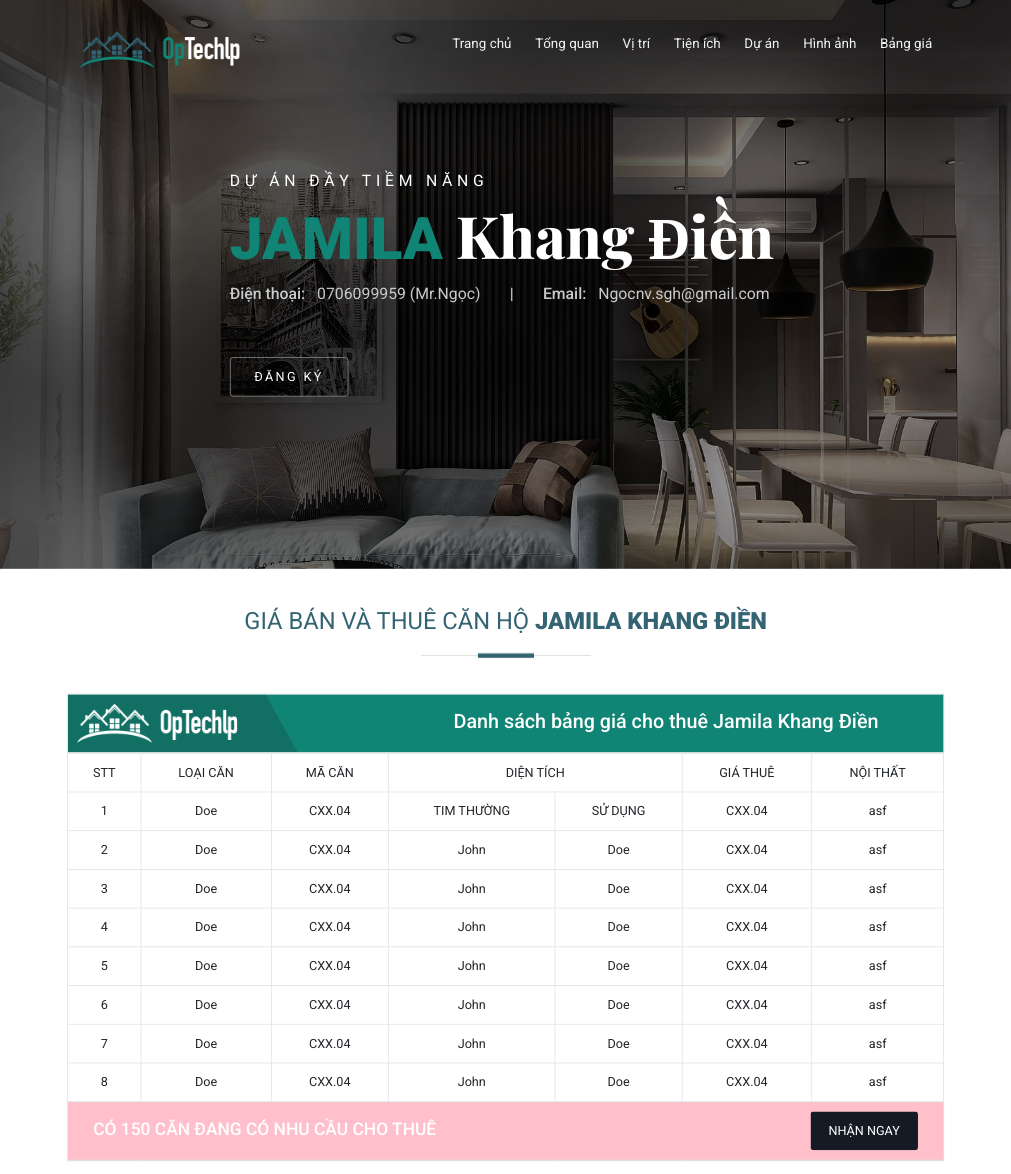
Repository: phunobi1807/Myweb
Page: index.html
These files come from the project's save history. The page is drawn as it stood at one moment and after the next save; the edit follows.
The browser window is 1280 px wide. The pictures show the whole page, at 79% of full size.
Some web fonts or font styles are not loaded; a fallback is used.

Above is the page before, as saved 2021-05-14 14:38:47.

After the next save:
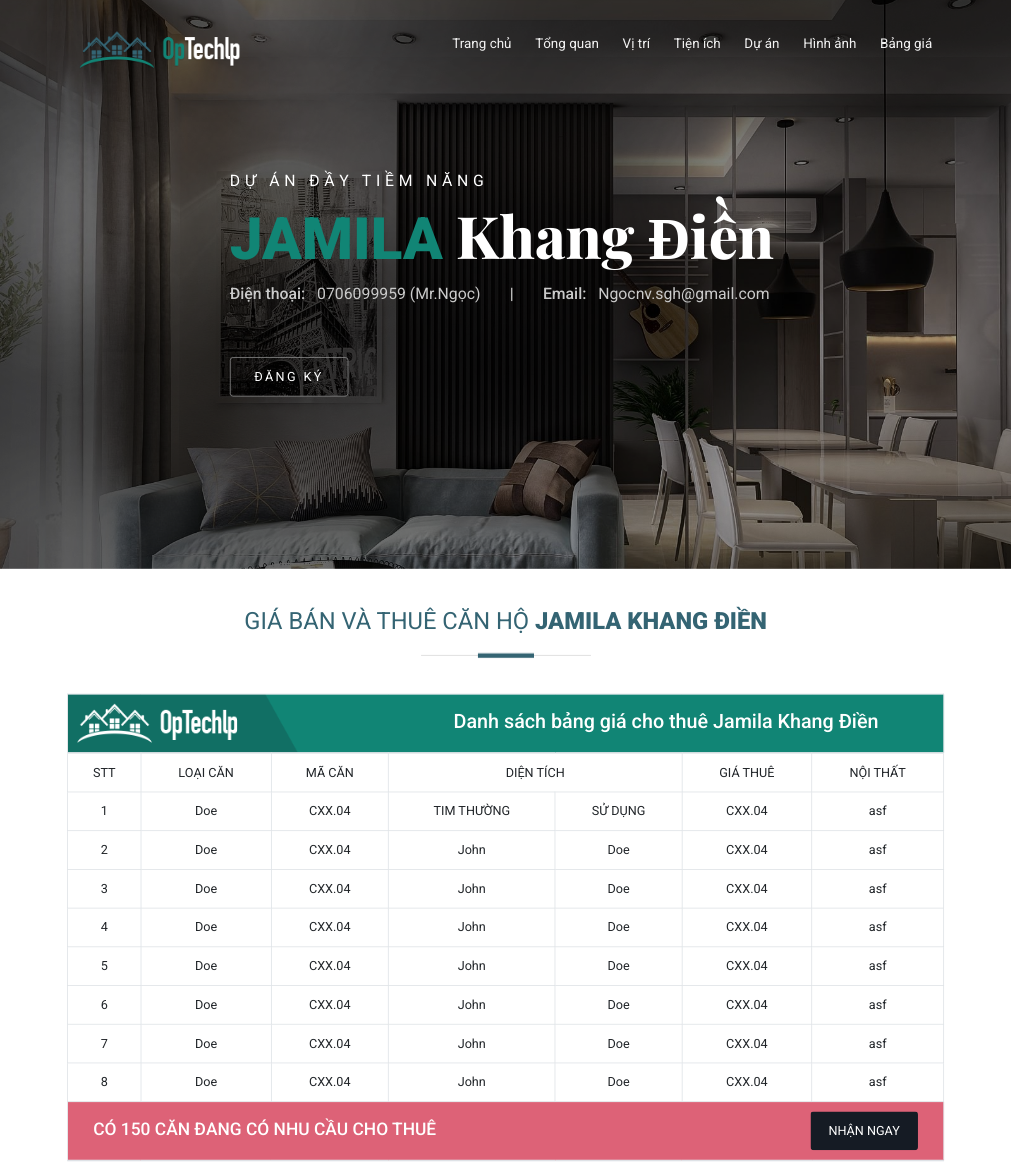
Saved 8 s later.
--- a/css/style.css
+++ b/css/style.css
@@ -235,6 +235,6 @@
     }
 
     .price-apartment table thead tr.bot-one {
-        background-color: pink;
+        background-color: rgb(221, 98, 119);
     }
     /* end giá bán căn hộ trong bảng  */
